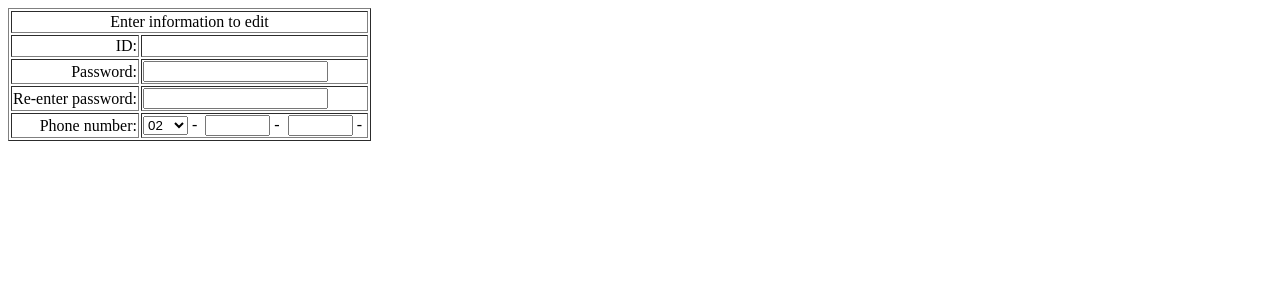
Repository: tomaters/servlets-JSP
Page: http://localhost/jsptest/mvcMem/modifyForm.jsp
The author's editor kept a copy of each file at every save. The page is drawn from the files as they stood at one save, then again after the next save.
The browser window is 1280 px wide. The pictures show the whole page.
The page is served by Tomcat 10.

Above is the page before, as saved 2023-12-11 05:36:26.

After the next save:
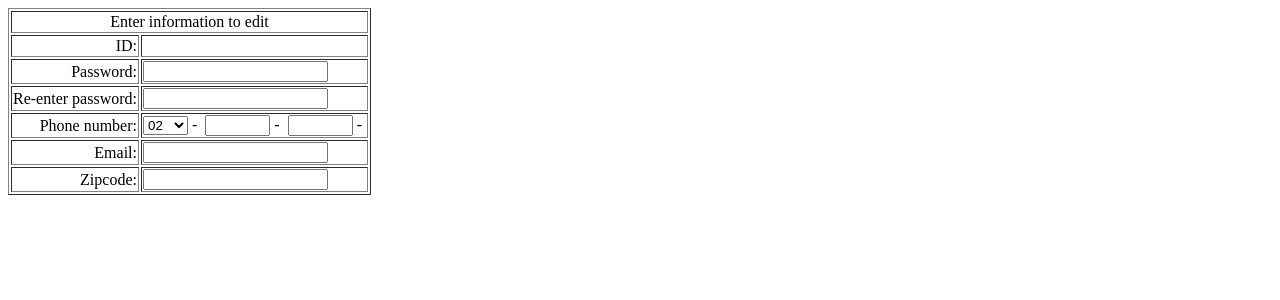
Saved 107 s later.
--- a/jsptest/src/main/webapp/mvcMem/modifyForm.jsp
+++ b/jsptest/src/main/webapp/mvcMem/modifyForm.jsp
@@ -36,6 +36,14 @@
 				</select>&nbsp;-&nbsp;
 				<input type="text" name="phone2" size="5" value="${phone2}"/>&nbsp;-&nbsp;
 				<input type="text" name="phone3" size="5" value="${phone3}"/>&nbsp;-&nbsp;
+			</td></tr>
+			<tr>
+				<td align="right">Email: </td>
+				<td><input type="text" name="email" value="${email}"/></td>
+			</tr>
+			<tr>
+				<td align="right">Zipcode: </td>
+				<td><input type="text" name="zipcode" size="20" value="${zipcode}" /> &nbsp;
 		</table>
 	</form>
 </body>
